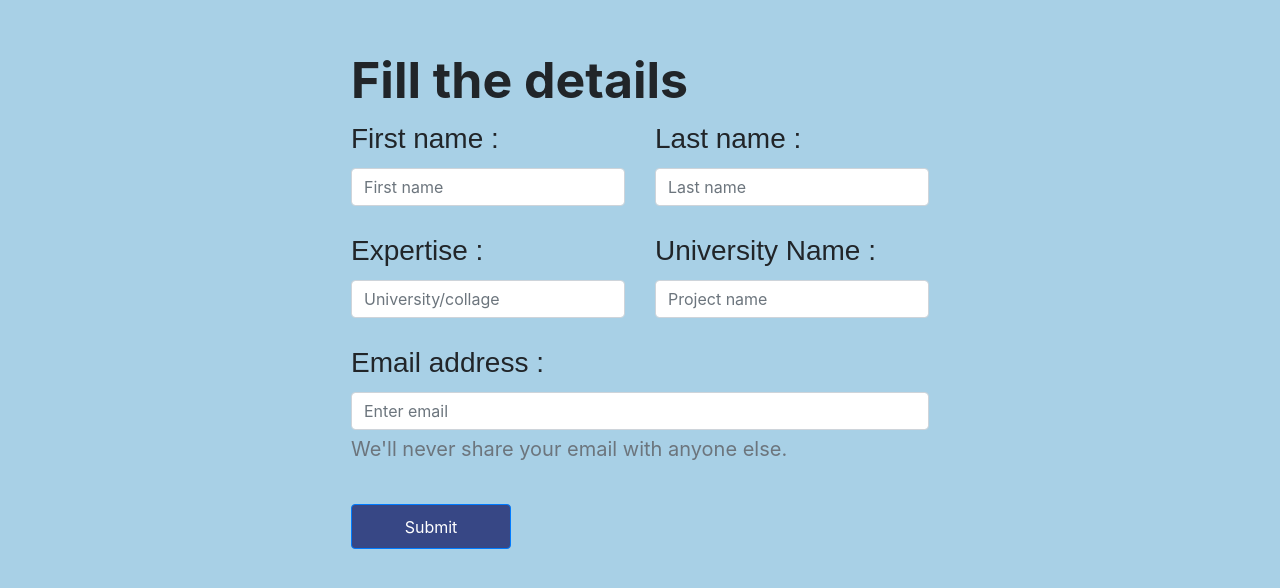
Repository: Sanskriti002/collaborate
Page: form.html
An editor plug-in stored every save of this project. The page is shown before and after the next save, followed by the edit.
The browser window is 1280 px wide. The pictures show the whole page.

Above is the page before, as saved 2023-09-21 21:46:43.

After the next save:
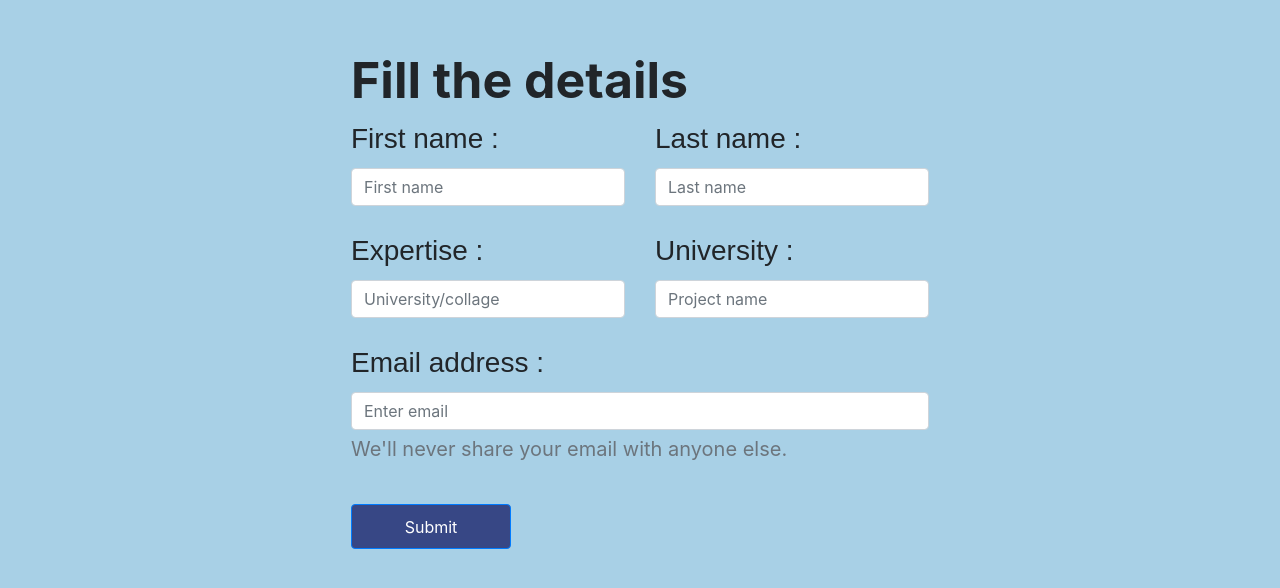
Saved 2 min 6 s later.
--- a/form.html
+++ b/form.html
@@ -29,7 +29,7 @@
               <input type="text" class="form-control" placeholder="University/collage">
             </div>
             <div class="col">
-              <label>University Name :</label>
+              <label>University :</label>
               <input type="text" class="form-control" placeholder="Project name">
             </div>
           </div>
